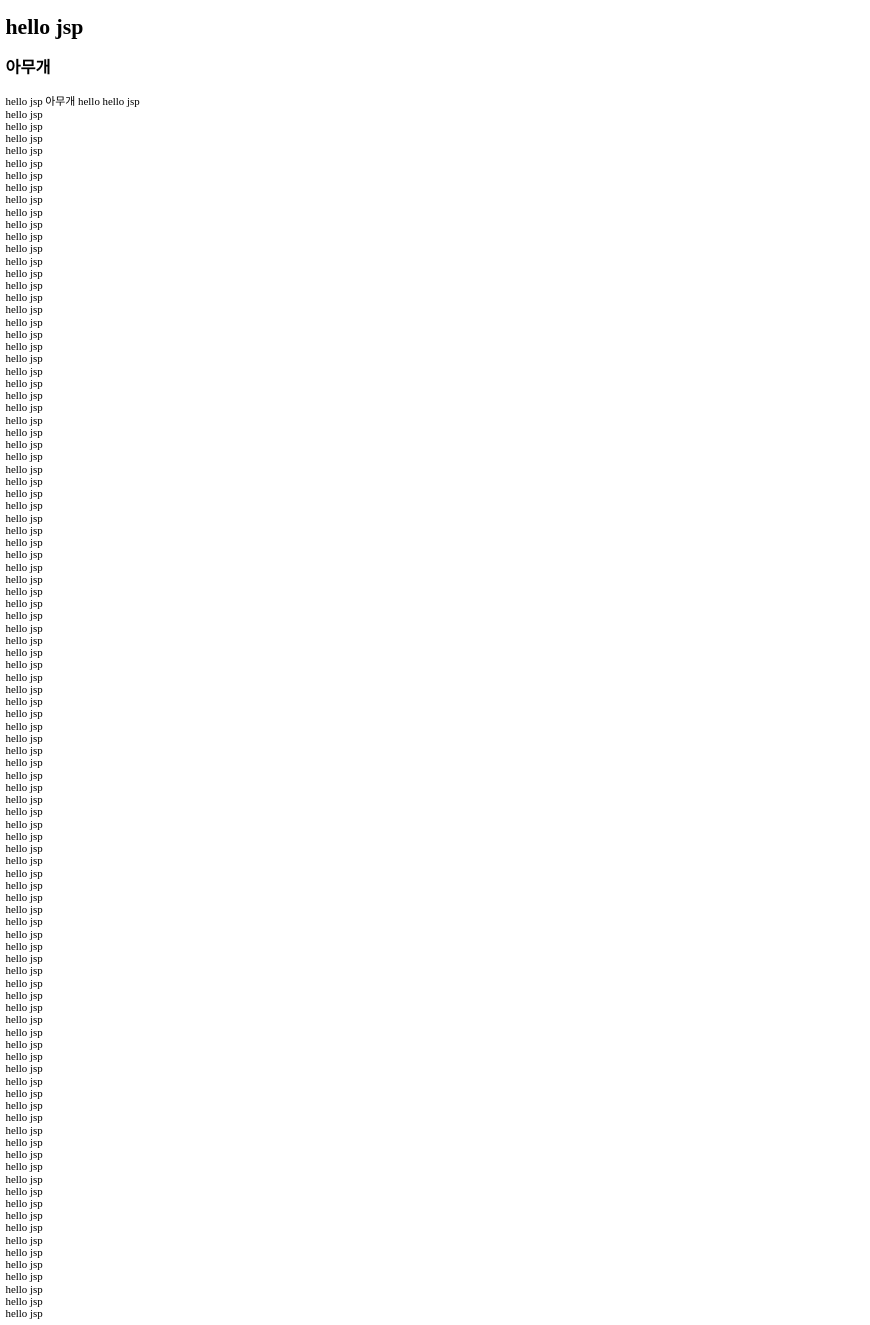
Repository: jupiter002/jsp-tutorial
Page: http://localhost/jsp01/hello.jsp
These files come from the project's save history. The page is drawn as it stood at one moment and after the next save; the edit follows.
The browser window is 1280 px wide. The pictures show the whole page, at 68% of full size.
The page is served by Tomcat 9.

Above is the page before, as saved 2023-06-02 01:19:16.

After the next save:
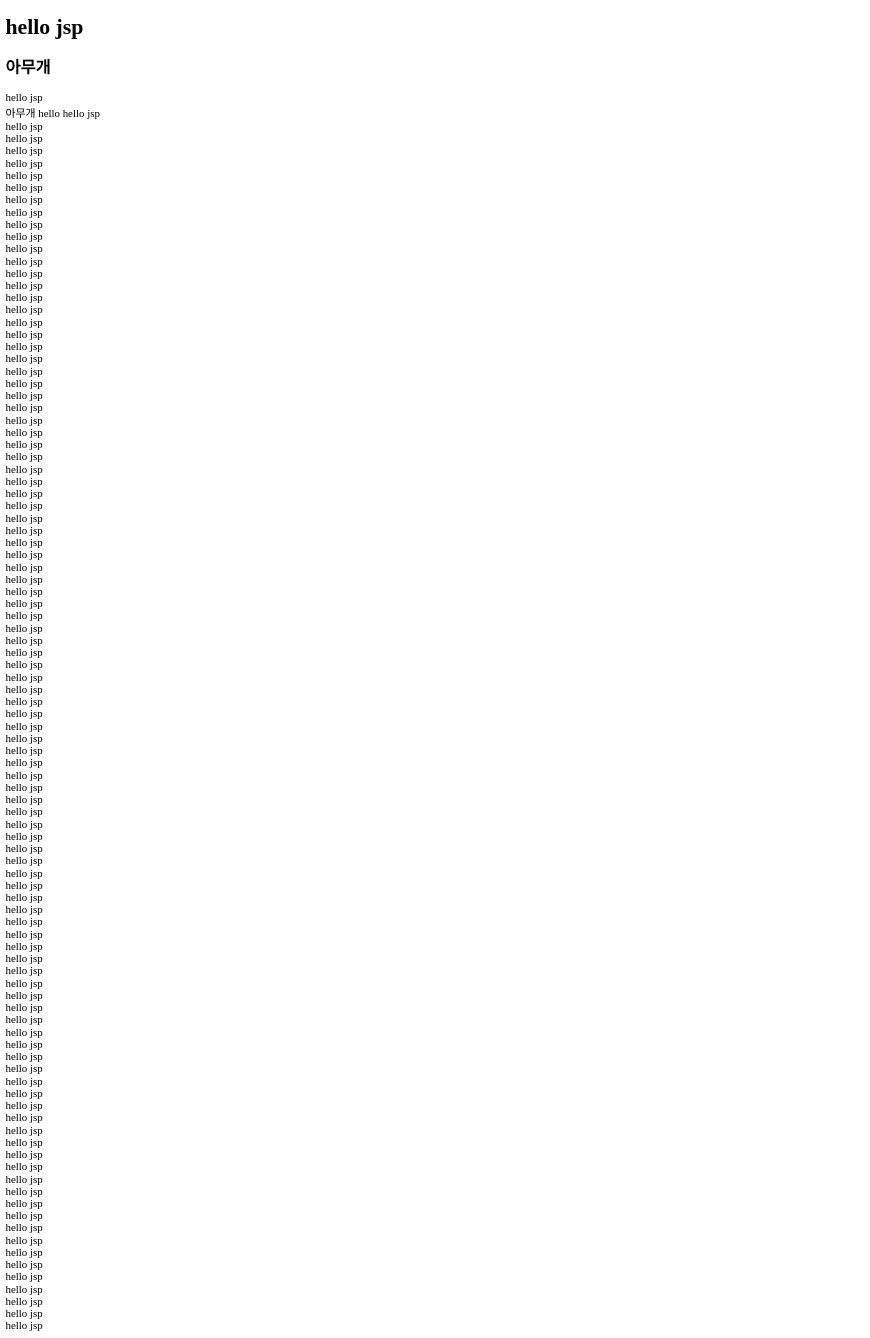
Saved 12 min 34 s later.
--- a/jsp01/src/main/webapp/hello.jsp
+++ b/jsp01/src/main/webapp/hello.jsp
@@ -15,8 +15,10 @@
 	<h1>hello jsp</h1>
 	<h2><%= name %></h2>
 	<!--선언해놓은 변수로 출력할때는 =만 써도 됨  -->
+
+	<!--tomcat은 기본포트가 8080  -->
 	<%
-		out.println("hello jsp");
+		out.println("hello jsp <br>");
 		out.println(name+" "+msg);
 		for(int i=0; i<100; i++){
 			out.println("hello jsp <br/>");
